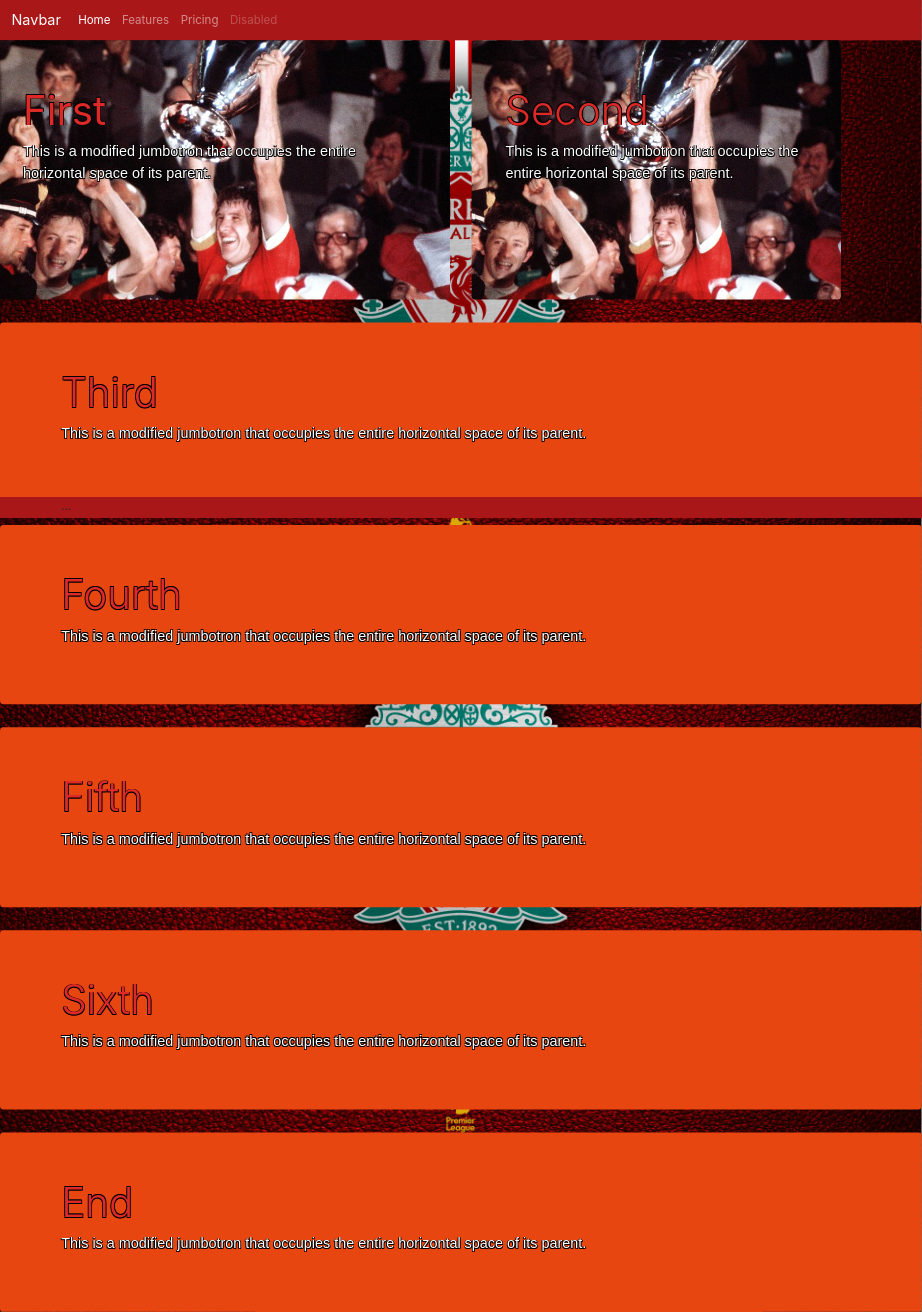
Repository: DalyAD/allez-2
Page: page1.html
The author's editor kept a record of every edit. The page is drawn from the files as they stood at one moment, then again after the next edit.
The browser window is 1280 px wide. The pictures show the whole page, at 72% of full size.
Backgrounds fixed to the window are drawn as part of the page.

Above is the page before.

### page1.html
<!DOCTYPE html>
<html lang="en">

<head>
    <meta charset="UTF-8">
    <meta name="viewport" content="width=device-width, initial-scale=1.0">
    <meta http-equiv="X-UA-Compatible" content="ie=edge">
    <link rel="stylesheet" href="assets/css/style.css" type="text/css" />
    <link rel="stylesheet" href="https://stackpath.bootstrapcdn.com/font-awesome/4.7.0/css/font-awesome.min.css" type="text/css" />
    <link rel="stylesheet" href="https://stackpath.bootstrapcdn.com/bootstrap/4.4.1/css/bootstrap.min.css" type="text/css" />
    <title>Document</title>
</head>

<body>
    <header>
        <nav class="navbar navbar-expand-lg navbar-dark">
            <a class="navbar-brand" href="index.html">Navbar</a>
            <button class="navbar-toggler" type="button" data-toggle="collapse" data-target="#navbarNavAltMarkup" aria-controls="navbarNavAltMarkup" aria-expanded="false" aria-label="Toggle navigation">
                <span class="navbar-toggler-icon"></span>
            </button>
            <div class="collapse navbar-collapse" id="navbarNavAltMarkup">
                <div class="navbar-nav">
                    <a class="nav-item nav-link active" href="#">Home <span class="sr-only">(current)</span></a>
                    <a class="nav-item nav-link" href="#">Features</a>
                    <a class="nav-item nav-link" href="#">Pricing</a>
                    <a class="nav-item nav-link disabled" href="#">Disabled</a>
                </div>
            </div>
        </nav>
    </header>
    <section>
        <div class="container">
            <div class="row">
                <div class="col-sm-12 col-lg-6">
                    <div class="jumbotron first">
                        <div class="container">
                            <h1 class="display-4"><strong>First</strong></h1>
                            <p class="lead">This is a modified jumbotron that occupies the entire horizontal space of its parent.</p>
                        </div>
                    </div>
                </div>
                <div class="col-sm-12 col-lg-6">
                    <div class="jumbotron second">
                        <div class="container">
                            <h1 class="display-4">Second</h1>
                            <p class="lead">This is a modified jumbotron that occupies the entire horizontal space of its parent.</p>
                        </div>
                    </div>
                </div>
            </div>
        </div>
        </div>
        <div class="jumbotron third">
            <div class="container">
                <h1 class="display-4">Third</h1>
                <p class="lead">This is a modified jumbotron that occupies the entire horizontal space of its parent.</p>
            </div>
        </div>
        <div class="jumbotron fourth">
            <div class="container">
                <h1 class="display-4">Fourth</h1>
                <p class="lead">This is a modified jumbotron that occupies the entire horizontal space of its parent.</p>
            </div>
        </div>
        <div class="jumbotron fifth">
            <div class="container">
                <h1 class="display-4">Fifth</h1>
                <p class="lead">This is a modified jumbotron that occupies the entire horizontal space of its parent.</p>
            </div>
        </div>
        <div class="jumbotron sixth">
            <div class="container">
                <h1 class="display-4">Sixth</h1>
                <p class="lead">This is a modified jumbotron that occupies the entire horizontal space of its parent.</p>
            </div>
        </div>
        <div class="jumbotron end">
            <div class="container">
                <h1 class="display-4">End</h1>
                <p class="lead">This is a modified jumbotron that occupies the entire horizontal space of its parent.</p>
            </div>
        </div>
    </section>
    <footer class="footer ">
        <div class="container">
            ...
        </div>
    </footer>
    <script src="https://code.jquery.com/jquery-3.4.1.slim.min.js" integrity="sha384-J6qa4849blE2+poT4WnyKhv5vZF5SrPo0iEjwBvKU7imGFAV0wwj1yYfoRSJoZ+n" crossorigin="anonymous"></script>
    <script src="https://cdn.jsdelivr.net/npm/popper.js@1.16.0/dist/umd/popper.min.js" integrity="sha384-Q6E9RHvbIyZFJoft+2mJbHaEWldlvI9IOYy5n3zV9zzTtmI3UksdQRVvoxMfooAo" crossorigin="anonymous"></script>
    <script src="https://stackpath.bootstrapcdn.com/bootstrap/4.4.1/js/bootstrap.min.js" integrity="sha384-wfSDF2E50Y2D1uUdj0O3uMBJnjuUD4Ih7YwaYd1iqfktj0Uod8GCExl3Og8ifwB6" crossorigin="anonymous"></script>
</body>

</html>

### assets/css/style.css
/*Global*/

.footer {
  position: fixed;
  bottom: 0;
  width: 100%;
  height: 30px;
  background-color: #aa1718;
  z-index: 1;
}

/*page 1 styling*/

.welcome {
  background-color: #e84610 !important;
}

.jumbotron {
  background-color: #e84610 !important;
}

.lead {
  font-family: Arial;
  color: #fff;
  font-size: 20px !important;
  text-shadow: -1px -1px 0 #000,
  1px -1px 0 #000,
  -1px 1px 0 #000,
  1px 1px 0 #000;
}

.jumbotron {}

.navbar {
  background-color: #aa1718;
}

.bg-custom {
  color: #fff !important;
}

.navbar-light a {
  color: #fff !important;
}


.first {
  background-attachment: scroll;
  background-image: url(../images/1977.jpeg);
  background-position: bottom;
  background-size: cover;
  height: 50vh;
  width: 95%;
  margin-bottom: 0px;
  z-index: 1;
}


.second {
  background-attachment: scroll;
  background-image: url(../images/1977.jpeg);
  background-position: bottom;
  background-size: cover;
  height: 50vh;
  width: 95%;
  margin-bottom: 0px;
  z-index: 1;
}

body {
  background-attachment: fixed;
  background-image: url(../images/crest2.jpg);
  background-position: center;
  background-repeat: no-repeat;
  background-size: cover;
  height: 100vh;
  width: 100vw;
  margin-bottom: 0px;
  z-index: 1;
}

.display-4 {
  color: #dd2a28;
  text-shadow: -1px -1px 0 #000,
  1px -1px 0 #000,
  -1px 1px 0 #000,
  1px 1px 0 #000;
}

@media (min-width:992px) {
  .first {
    width: 50vw;
    float: right;
  }
}

@media (min-width:992px) {
  .second {

  }
}

body {
  padding: 0;
  margin: 0;
}

After the next edit:
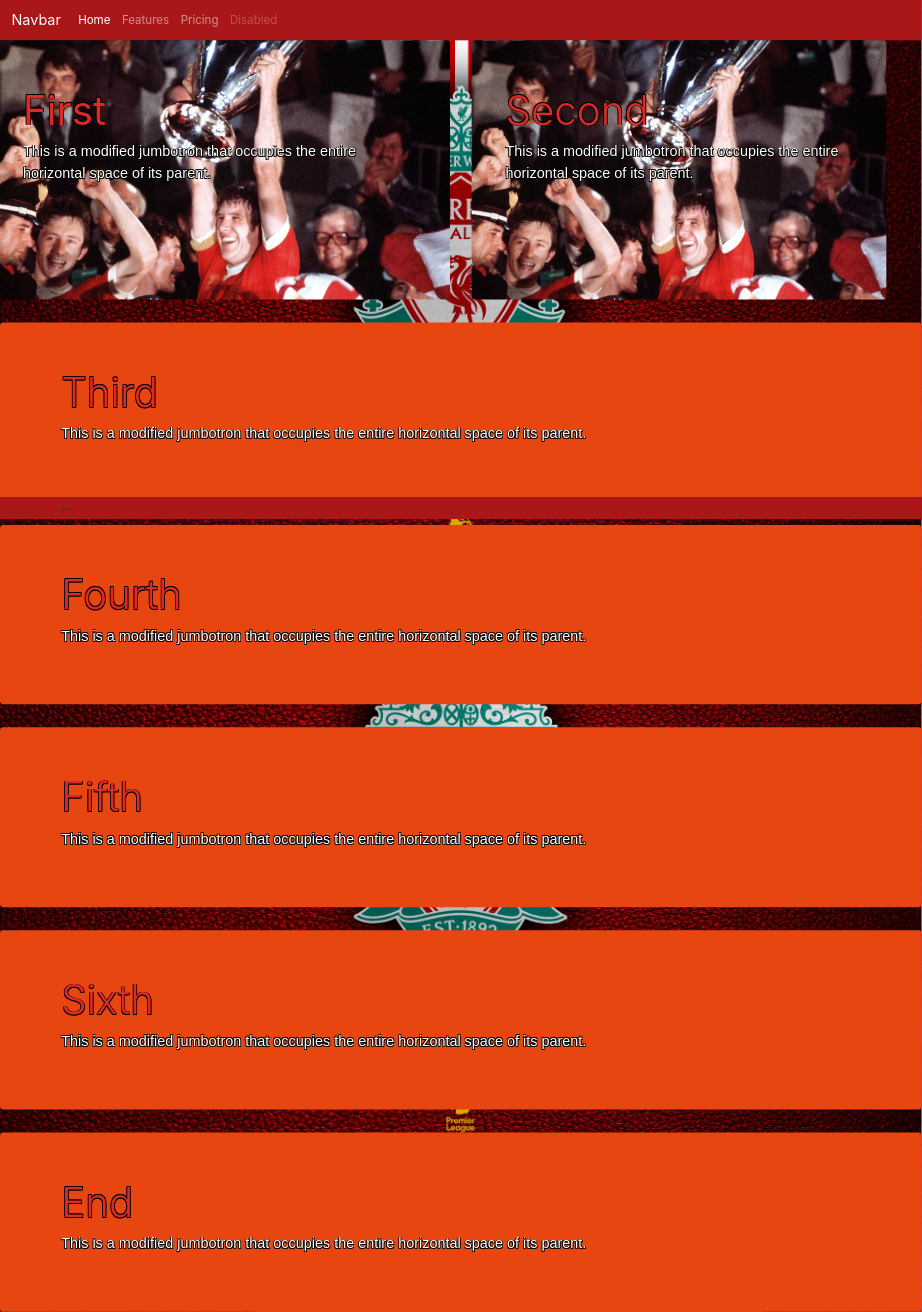
The edit:
--- a/assets/css/style.css
+++ b/assets/css/style.css
@@ -96,7 +96,8 @@
 
 @media (min-width:992px) {
   .second {
-
+    width: 45vw;
+    float: left;
   }
 }
 
